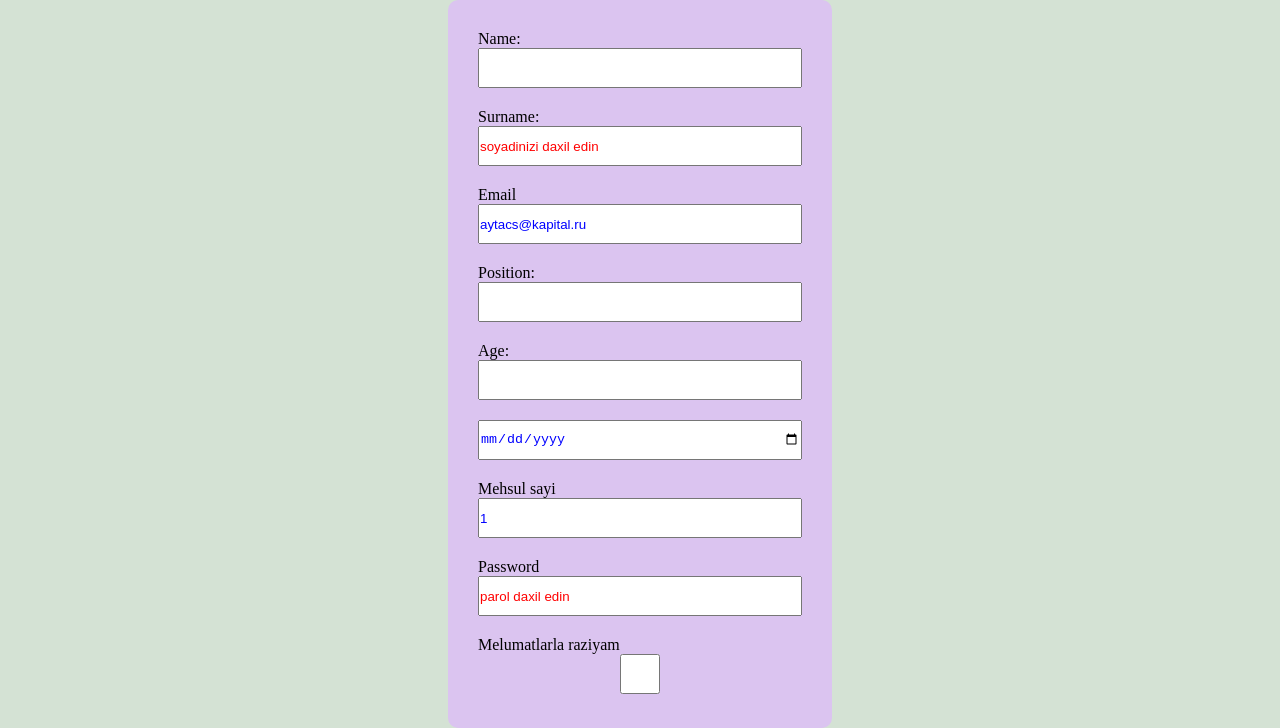
Repository: AytacSafarova/Form-lesson
Page: index.html
The author's editor kept a copy of each file at every save. The page is drawn from the files as they stood at one save, then again after the next save.
The browser window is 1280 px wide. The pictures show the whole page.

Above is the page before, as saved 2023-08-29 14:46:47.

After the next save:
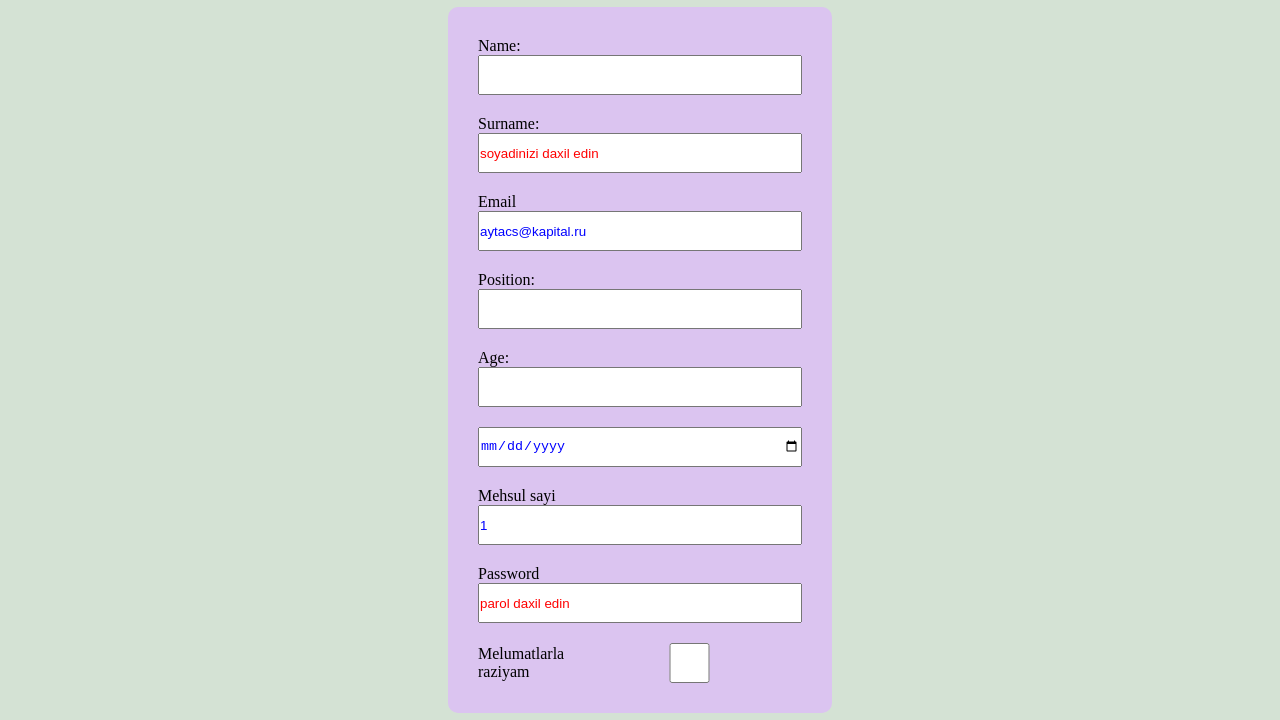
Saved 12 s later.
--- a/index.css
+++ b/index.css
@@ -29,3 +29,8 @@ color: blue;
 input::placeholder{
     color: red;
 }
+
+.input-checkbox{
+    display: flex;
+    align-items: center;
+}
